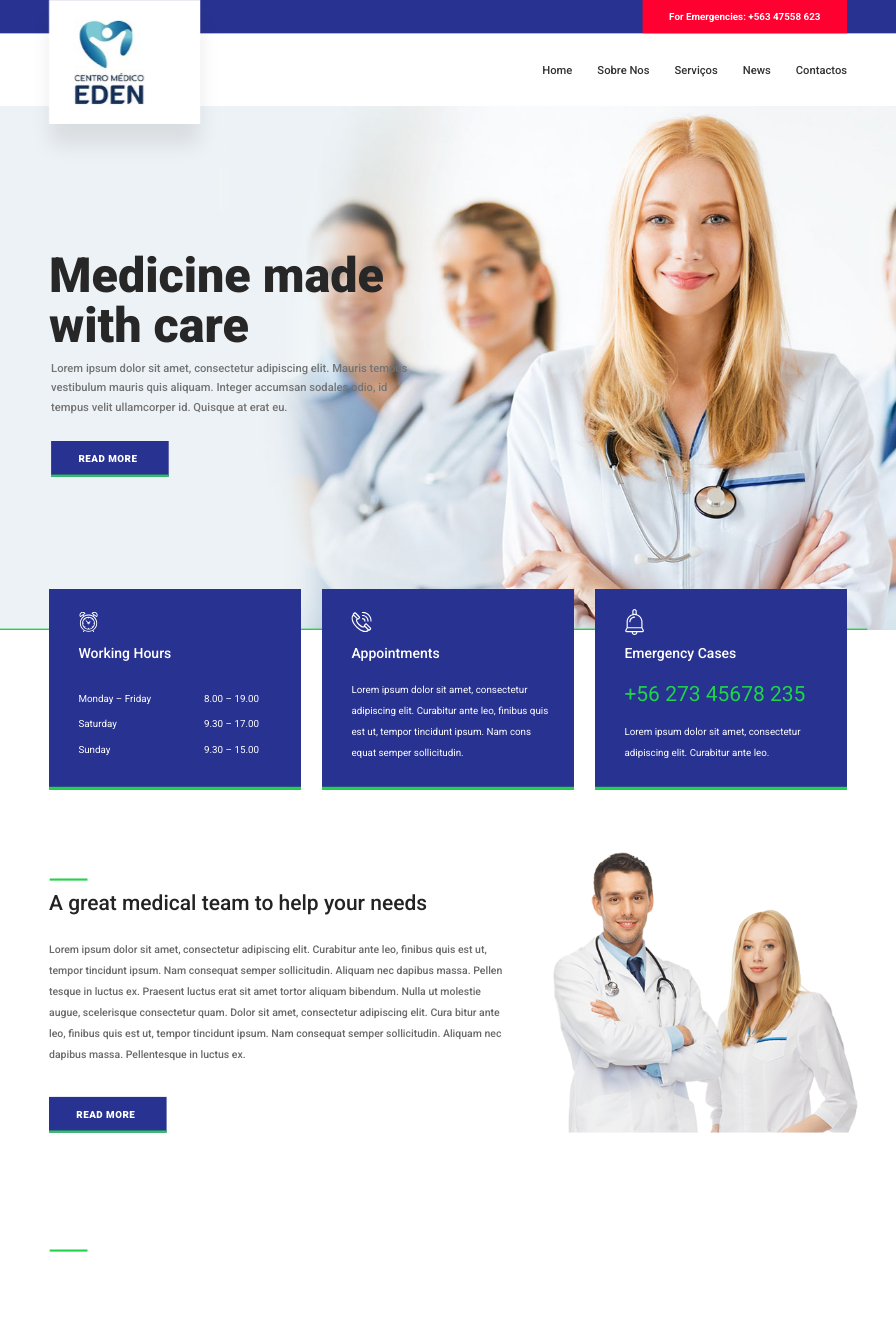
Repository: Nanitamo/centro-medico-eden-webpage
Page: index.html
An editor plug-in stored every save of this project. The page is shown before and after the next save, followed by the edit.
The browser window is 1280 px wide. The pictures show the part of the page from y = 0 to 1920 px (the page is 4535 px tall), at 70% of full size.

Above is the page before, as saved 2020-06-18 13:20:25.

After the next save:
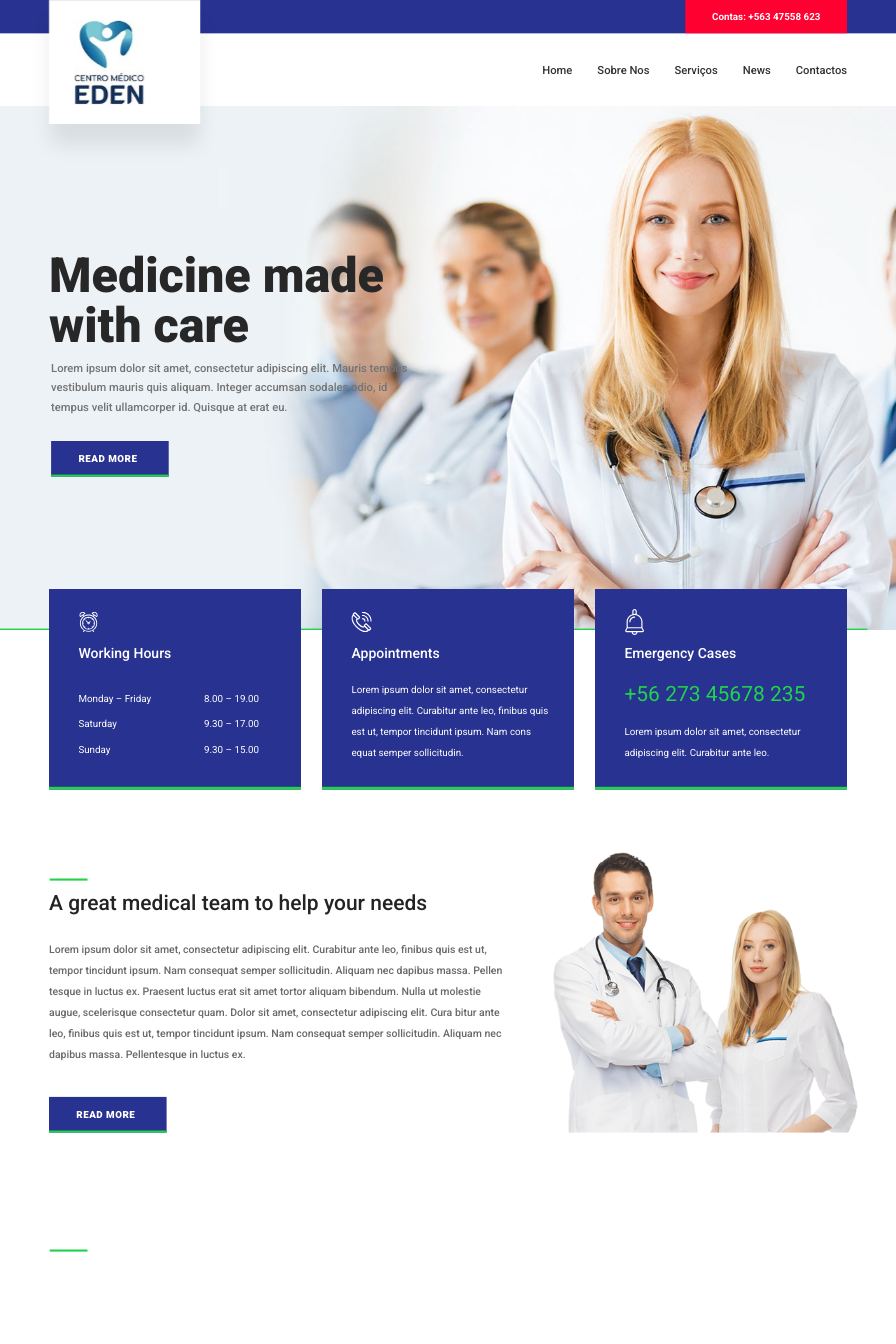
Saved 36 s later.
--- a/index.html
+++ b/index.html
@@ -30,7 +30,7 @@
 						<div class="top_bar_content d-flex flex-row align-items-center justify-content-start">
 							<!-- <div class="top_bar_item"><a href="#">FAQ</a></div>
 							<div class="top_bar_item"><a href="#">Request an Appointment</a></div> -->
-							<div class="emergencies  d-flex flex-row align-items-center justify-content-start ml-auto">For Emergencies: +563 47558 623</div>
+							<div class="emergencies  d-flex flex-row align-items-center justify-content-start ml-auto">Contas: +563 47558 623</div>
 						</div>
 
 					</div>
